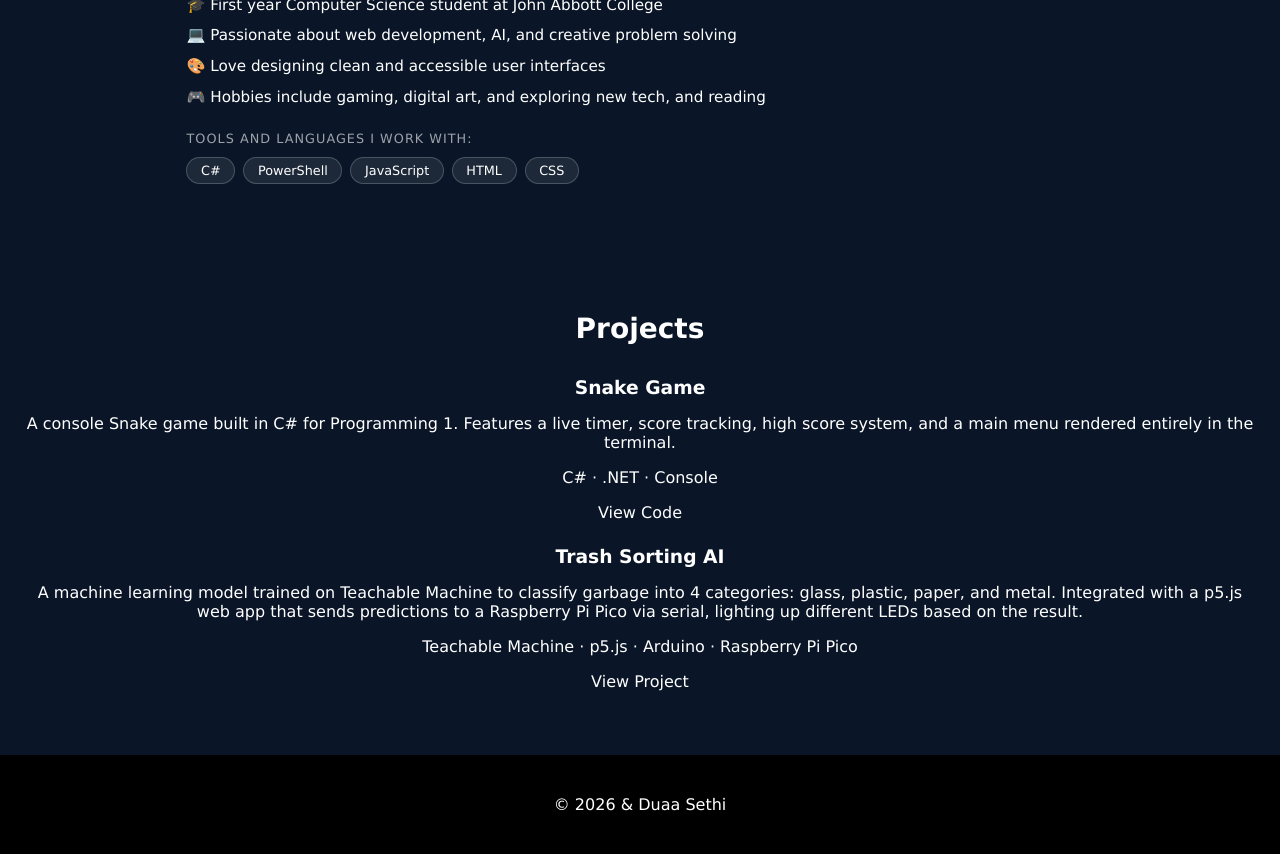
Repository: Duaa-Sethi/Duaa-Sethi
Page: index.html
An editor plug-in stored every save of this project. The page is shown before and after the next save, followed by the edit.
The browser window is 1280 px wide. The pictures show the part of the page from y = 1176 to 2128 px (the page is 2030 px tall before and 2128 px after).
Some web fonts or font styles are not loaded; a fallback is used.

Above is the page before, as saved 2026-05-02 15:22:36.

After the next save:
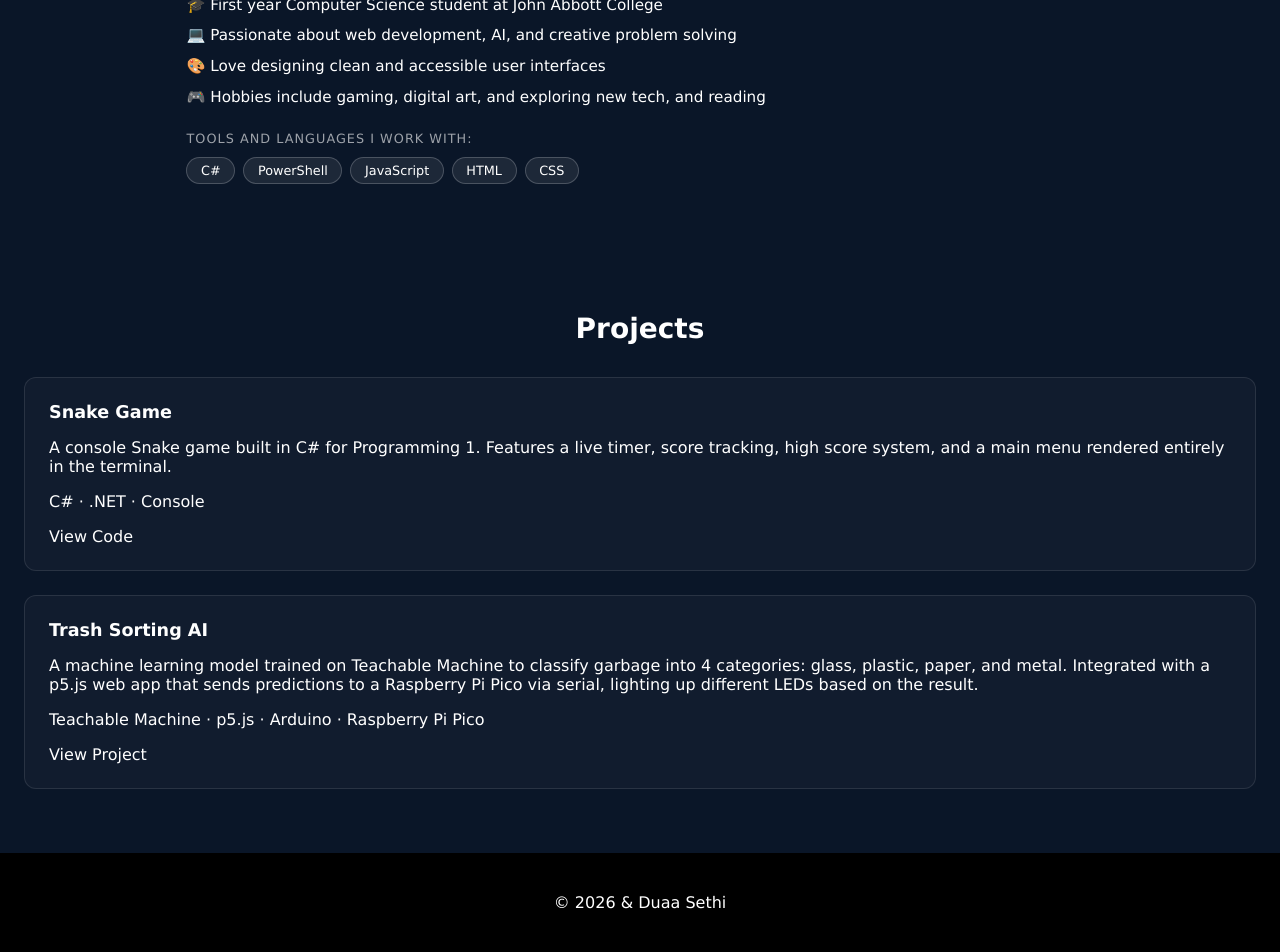
Saved 26 s later.
--- a/styles/index.css
+++ b/styles/index.css
@@ -139,6 +139,22 @@ nav ul li a {
   flex-direction: column;
   gap: 1.5rem;
 }
+.card {
+  background-color: #111c2e;
+  border: 1px solid rgba(255, 255, 255, 0.1);
+  border-radius: 12px;
+  padding: 1.5rem;
+  text-align: left;
+}
+
+.card:hover {
+  border-color: rgba(255, 255, 255, 0.4);
+}
+
+.card h3 {
+  font-size: 1.1rem;
+  margin-bottom: 0.5rem;
+}
 
 footer {
   text-align: center;
